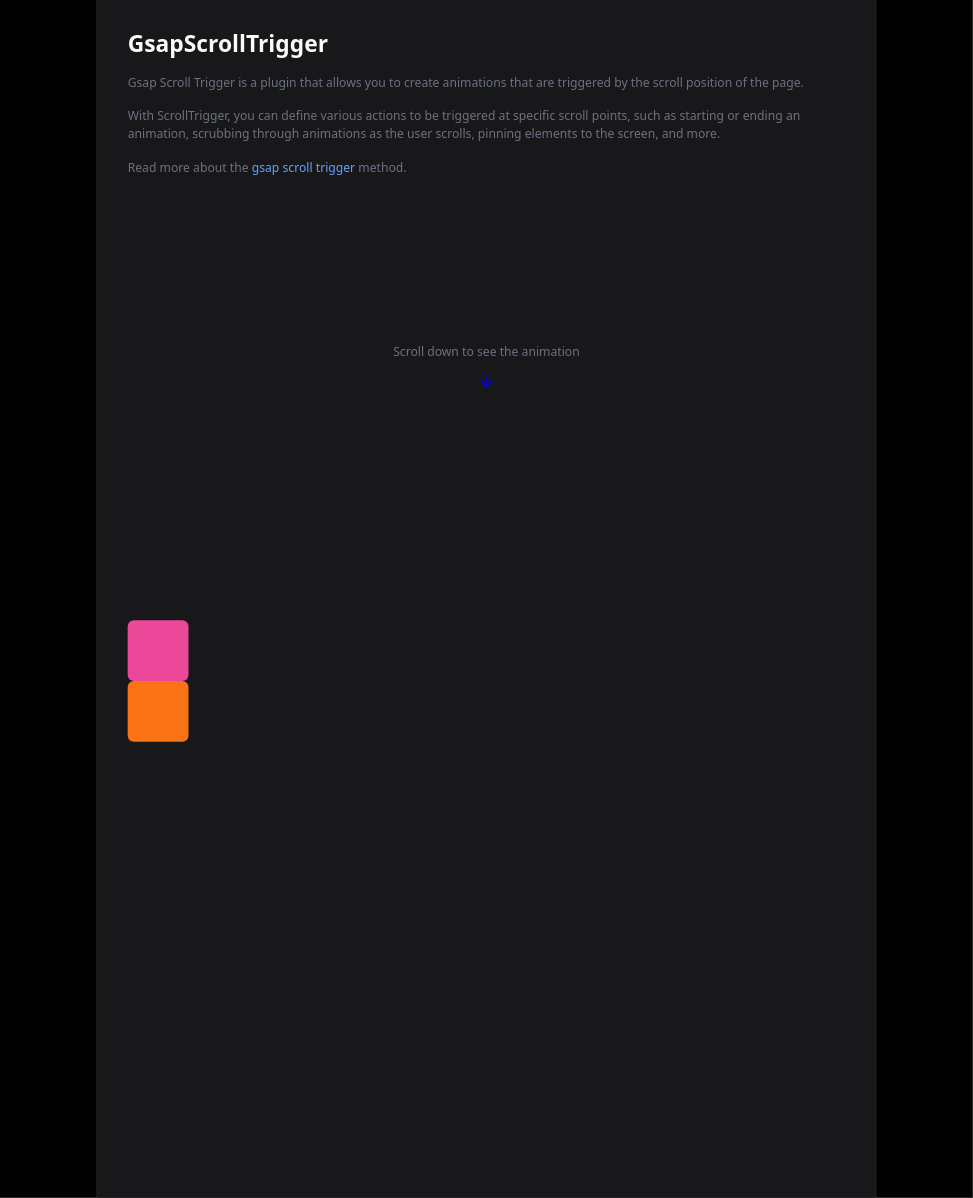
Repository: mgoyeghiaian/gsap-Starter
Page: /gsapscrolltrigger
An editor plug-in stored every save of this project. The page is shown before and after a run of saves, followed by the edit.
The browser window is 1280 px wide. The pictures show the whole page, at 76% of full size.
The project was rebuilt for these pictures with package versions that can differ from the ones it lists, and the page was loaded fresh each time. Also part of the build but not shown: vite.config.js, src/pages/Home.jsx, src/pages/GsapTo.jsx, src/pages/GsapFrom.jsx, src/pages/GsapFromTo.jsx, src/pages/GsapStagger.jsx, src/pages/GsapTimeline.jsx, src/pages/GsapText.jsx.

Above is the page before, as saved 2024-03-18 00:05:47.

### src/pages/GsapScrollTrigger.jsx
import { useGSAP } from "@gsap/react";
import gsap from "gsap";
import { ScrollTrigger } from 'gsap/all';
import { useRef } from "react";
gsap.registerPlugin(ScrollTrigger)

const GsapScrollTrigger = () => {
  const scrollRef = useRef();

  // TODO: Implement the gsap scroll trigger

  useGSAP(() => {
    const boxes = gsap.utils.toArray(scrollRef.current.children);
    boxes.forEach((box) => {

    })
  }, [])
  return (
    <main >
      <h1>GsapScrollTrigger</h1>

      <p className="mt-5 text-gray-500">
        Gsap Scroll Trigger is a plugin that allows you to create animations
        that are triggered by the scroll position of the page.
      </p>

      <p className="mt-5 text-gray-500">
        With ScrollTrigger, you can define various actions to be triggered at
        specific scroll points, such as starting or ending an animation,
        scrubbing through animations as the user scrolls, pinning elements to
        the screen, and more.{" "}
      </p>

      <p className="mt-5 text-gray-500">
        Read more about the{" "}
        <a
          href="https://gsap.com/docs/v3/Plugins/ScrollTrigger/"
          target="_blank"
          rel="noreferrer noopener nofollow"
        >
          gsap scroll trigger
        </a>{" "}
        method.
      </p>

      <div className="w-full h-[70vh] flex justify-center items-center flex-col">
        <p className="text-center text-gray-500">
          Scroll down to see the animation
        </p>

        <svg
          className="animate-bounce mt-5"
          xmlns="http://www.w3.org/2000/svg"
          width="24"
          height="24"
          viewBox="0 0 24 24"
          fill="none"
          stroke="blue"
          strokeWidth="2"
          strokeLinecap="round"
          strokeLinejoin="round"
        >
          <path d="M12 19V5" />
          <path d="M5 12l7 7 7-7" />
        </svg>
      </div>

      <div className="mt-20 w-full h-screen" ref={scrollRef}>
        <div
          id="scroll-pink"
          className="scroll-box w-20 h-20 rounded-lg bg-pink-500"
        />
        <div
          id="scroll-orange"
          className="scroll-box w-20 h-20 rounded-lg bg-orange-500"
        />
      </div>
    </main >
  );
};

export default GsapScrollTrigger;

Loaded but not shown: index.html (common file); src/main.jsx (common file); src/App.jsx (common file); src/index.css (common file); src/pages/index.jsx (common file); tailwind.config.js (common file)

After the next 7 saves:
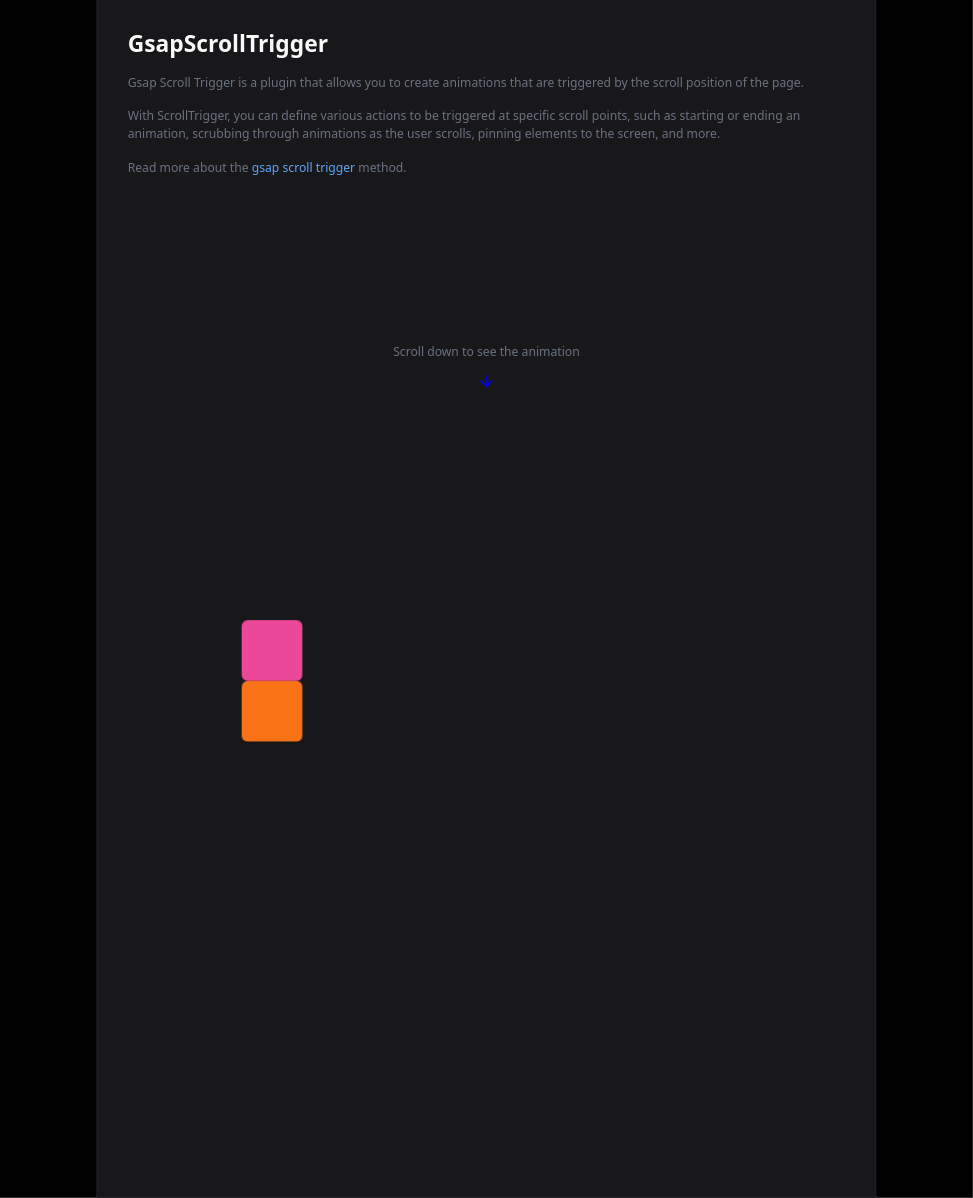
The 7 saves are shown as one change because they came seconds apart.
The last was saved 32 s later.
--- a/src/pages/GsapScrollTrigger.jsx
+++ b/src/pages/GsapScrollTrigger.jsx
@@ -12,7 +12,10 @@
   useGSAP(() => {
     const boxes = gsap.utils.toArray(scrollRef.current.children);
     boxes.forEach((box) => {
+gsap.to(box, {
+  x:150,
 
+})
     })
   }, [])
   return (
